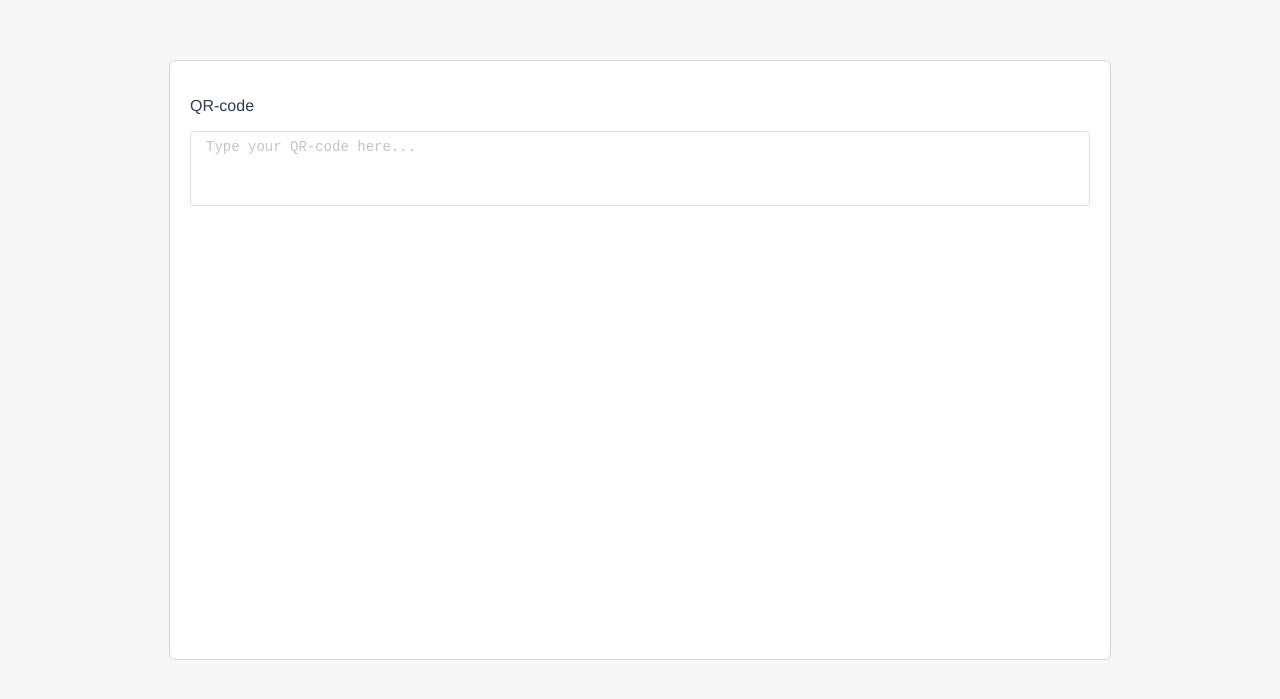
Repository: dvasyliev/qrcode_parser
Page: /
An editor plug-in stored every save of this project. The page is shown before and after a run of saves, followed by the edit.
The browser window is 1280 px wide. The pictures show the whole page.
The project was rebuilt for these pictures with package versions that can differ from the ones it lists, and the page was loaded fresh each time.

Above is the page before, as saved 2018-08-26 10:43:35.

### index.html
<!DOCTYPE html>
<html>
  <head>
    <meta charset="utf-8">
    <meta name="viewport" content="width=device-width,initial-scale=1.0">
    <title>test_qrcode_parser</title>
  </head>
  <body>
    <div id="app"></div>
    <!-- built files will be auto injected -->
  </body>
</html>

### src/main.js
// The Vue build version to load with the `import` command
// (runtime-only or standalone) has been set in webpack.base.conf with an alias.
import Vue from 'vue'
import App from './App'

import ElementUI from 'element-ui'
import 'element-ui/lib/theme-chalk/index.css'

Vue.use(ElementUI)
Vue.config.productionTip = false

/* eslint-disable no-new */
new Vue({
  el: '#app',
  components: { App },
  template: '<App/>'
})

### src/App.vue
<template>
  <div id="app">
    <div class="page">
      <div class="page__inner">
        <div class="page__content">
          <p>QR-code</p>
          <el-input
          v-model="qrcode"
          type="textarea"
          placeholder="Type your QR-code here..."
          resize="none"
          :rows="3"/>
          <br><br>

          {{ qrcode }}
        </div>
      </div>
    </div>
  </div>
</template>

<script>
import { treeBuilder } from '@/utils/qrcode'
export default {
  name: 'App',

  data() {
    return {
      qrcode: ''
    }
  },

  computed() {
    return treeBuilder(this.qrcode)
  }
}
</script>

<style lang="scss">
html,
body {
  margin: 0;
  padding: 0;
}

#app {
  font-family: 'Avenir', Helvetica, Arial, sans-serif;
  -webkit-font-smoothing: antialiased;
  -moz-osx-font-smoothing: grayscale;
  text-align: center;
  color: #2c3e50;
}

.page {
  display: flex;
  flex-direction: column;
  min-height: 100vh;
  box-sizing: border-box;
  padding: 60px 0;
  background-color: #F7F7F7;

  &__inner {
    display: flex;
    flex-grow: 1;
    width: 100%;
    max-width: 900px;
    margin: 0 auto;
    padding: 20px;
    background-color: #FFFFFF;
    border: 1px solid #D2D6D9;
    border-radius: 6px;
  }

  &__content {
    width: 100%;
    text-align: left;
  }
}
</style>

### src/utils/qrcode.js
const treeBuilder = (string) => {
  const id = string.splice(0, 2)
  const length = string.splice(2, 2)
  const value = string.splice(4, length)

  console.log(id, length, value)
}

export {
  treeBuilder
}

After the next 2 saves:
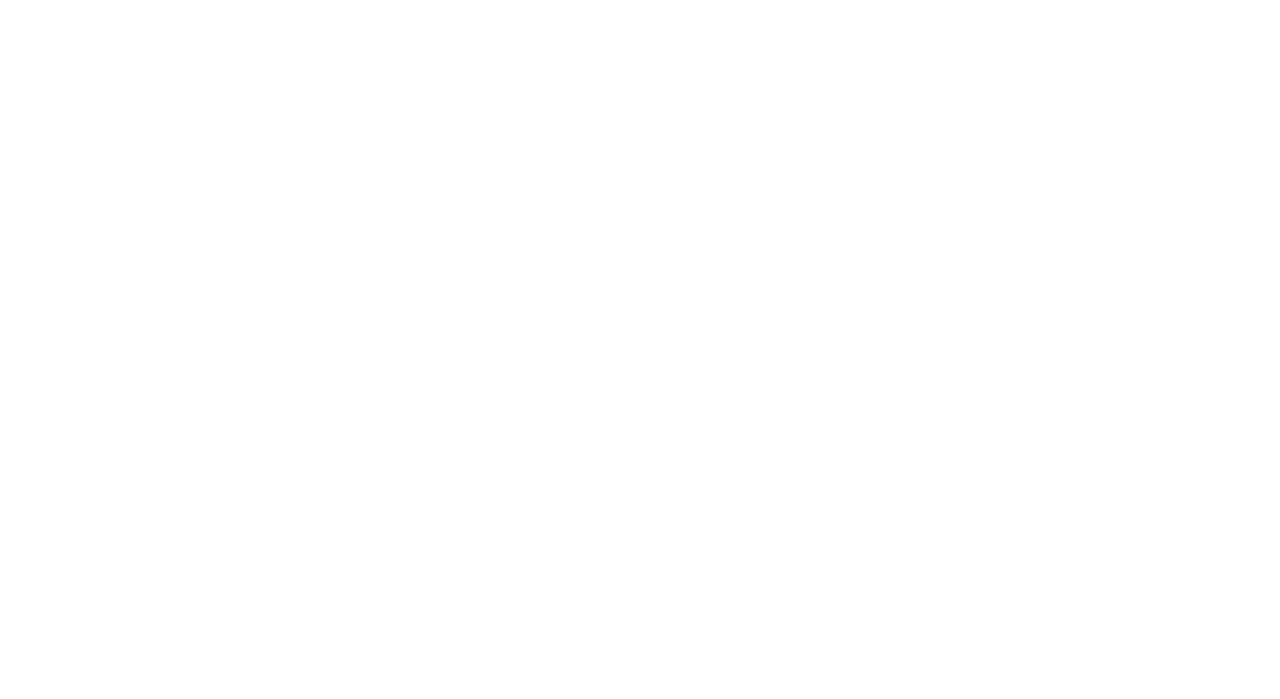
The 2 saves are shown as one change because they came seconds apart.
The last was saved 25 s later.
--- a/src/App.vue
+++ b/src/App.vue
@@ -12,7 +12,7 @@
           :rows="3"/>
           <br><br>
 
-          {{ qrcode }}
+          {{ qrcodeParsed }}
         </div>
       </div>
     </div>
@@ -30,8 +30,10 @@ export default {
     }
   },
 
-  computed() {
-    return treeBuilder(this.qrcode)
+  computed: {
+    qrcodeParsed() {
+      return treeBuilder(this.qrcode)
+    }
   }
 }
 </script>

After the save that followed:
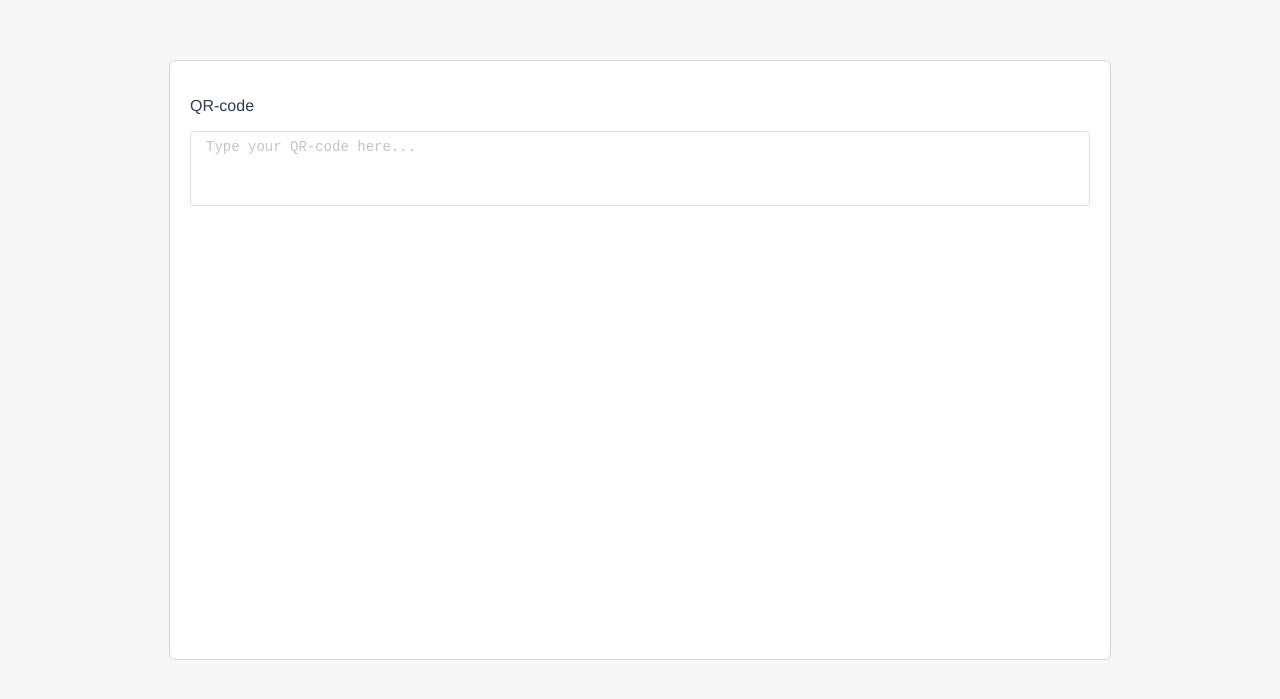
Saved 2 min 57 s later.
--- a/src/utils/qrcode.js
+++ b/src/utils/qrcode.js
@@ -1,7 +1,7 @@
 const treeBuilder = (string) => {
-  const id = string.splice(0, 2)
-  const length = string.splice(2, 2)
-  const value = string.splice(4, length)
+  const id = string.slice(0, 2)
+  const length = string.slice(2, 2)
+  const value = string.slice(4, length)
 
   console.log(id, length, value)
 }
